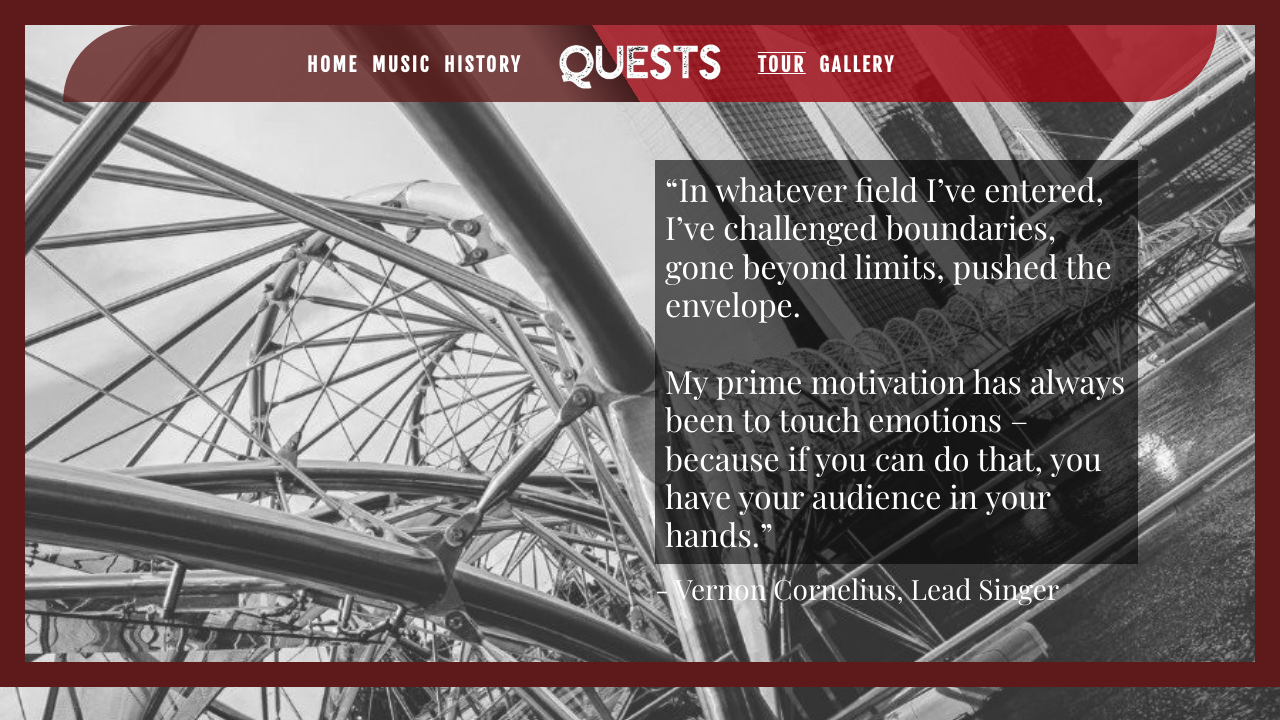
Repository: SamLookingGlass/User-Centric-Frontend-Development-Project
Page: tour.html
The author's editor kept a record of every edit. The page is drawn from the files as they stood at one moment, then again after the next edit.
The browser window is 1280 px wide. The pictures show the whole page.
Some web libraries are served in a nearby version.

Above is the page before.

### tour.html
<!doctype html>
<html lang="en">

<head>
    <!-- Required meta tags -->
    <meta charset="utf-8">
    <meta name="viewport" content="width=device-width, initial-scale=1, shrink-to-fit=no">

    <!-- Bootstrap CSS -->
    <link rel="stylesheet" href="https://maxcdn.bootstrapcdn.com/bootstrap/4.0.0/css/bootstrap.min.css" integrity="sha384-Gn5384xqQ1aoWXA+058RXPxPg6fy4IWvTNh0E263XmFcJlSAwiGgFAW/dAiS6JXm" crossorigin="anonymous">
    <link href="style.css" rel="stylesheet" type="text/css" />
    <link href="https://fonts.googleapis.com/css?family=Fjalla+One&display=swap" rel="stylesheet">
    <link href="https://fonts.googleapis.com/css?family=Amatic+SC&display=swap" rel="stylesheet">
    <link href="https://fonts.googleapis.com/css?family=Playfair+Display&display=swap" rel="stylesheet">
    <link rel="stylesheet" href="https://cdnjs.cloudflare.com/ajax/libs/font-awesome/4.7.0/css/font-awesome.min.css">
    <title>The Quests Official - Tour</title>
</head>

<body id="borderhome" class="tour-background">
    <!--<div class="container-fluid" style="height:2vw"></div>-->
    <nav class="fontnew" id="navbg">
        <div class="container-fluid">
            <div class="row d-lg-flex">
                <div class="col-5 navnew navleft d-flex justify-content-end">
                    <ul class="d-flex">
                        <li><a href="home.html">HOME</a></li>
                        <li><a href="music.html">MUSIC</a></li>
                        <li><a href="history.html">HISTORY</a></li>
                    </ul>
                </div>
                <div class="col-2 d-lg-flex justify-content-center">
                    <a class="" href="home.html">
                     <img id="navlogo" class="img-fluid" src="images/logo.png" alt="logo">
                </a>
                </div>
                <div class="col-5 navnew navright d-lg-flex justify-content-start">
                    <ul class="d-flex">
                        <li id="active"><a href="tour.html">TOUR</a></li>
                        <li><a href="gallery.html">GALLERY</a></li>
                    </ul>
                </div>
            </div>
        </div>
    </nav>
    <main>
        <div id="imagebg">
        </div>
    </main>
    <section>
        <div style="height:420pt" class="container-fluid">
            <div class="row">
                <div class="col-1"></div>
                <div class="col-5"></div>
                <div class="col-5 fonttypo">
                    <div>
                    <h2 class="cardbod cardbod-tour">
                        “In whatever field I’ve entered, I’ve challenged boundaries, gone beyond limits, pushed the envelope.
                        <br>
                        <br> My prime motivation has always been to touch emotions – because if you can do that, you have your audience in your hands.”
                        <br>
                    </h2>
                    <h3>
                         - Vernon Cornelius, Lead Singer
                    </h3>
                </div>
                <div class="col-1"></div>
            </div>
        </div>
    </section>
    <!-- Optional JavaScript -->
    <!-- jQuery first, then Popper.js, then Bootstrap JS -->
    <script src="https://code.jquery.com/jquery-3.2.1.slim.min.js" integrity="sha384-KJ3o2DKtIkvYIK3UENzmM7KCkRr/rE9/Qpg6aAZGJwFDMVNA/GpGFF93hXpG5KkN" crossorigin="anonymous"></script>
    <script src="https://cdnjs.cloudflare.com/ajax/libs/popper.js/1.12.9/umd/popper.min.js" integrity="sha384-ApNbgh9B+Y1QKtv3Rn7W3mgPxhU9K/ScQsAP7hUibX39j7fakFPskvXusvfa0b4Q" crossorigin="anonymous"></script>
    <script src="https://maxcdn.bootstrapcdn.com/bootstrap/4.0.0/js/bootstrap.min.js" integrity="sha384-JZR6Spejh4U02d8jOt6vLEHfe/JQGiRRSQQxSfFWpi1MquVdAyjUar5+76PVCmYl" crossorigin="anonymous"></script>
</body>

</html>

### style.css
/*Sanity Checks*/
.blue {
    background-color:blue;

}
.bod {
    border:solid 1px black;
}

.shadow-black {
    text-shadow: 2px 2px black;
}

.shadow-grey {
    text-shadow: 2px 1px grey;
}

/*Home Styling*/
.cardbod {
    margin-top:4.5vw;
    padding:0.5vw;
    /*align-items: center;*/
    display: flex;
    flex-direction: column;
}

/*Arrow Test https://codepen.io/raf187/pen/BvgGRQ*/
.red {
    margin-top:17vw;
}
body{
  margin-top: 0;
  padding: 0;
}
.arrow{
    position: absolute;
    top: 50%;
    left: 50%;
    transform: translate(-50%,-50%);
}
.arrow span{
    display: block;
    width: 30px;
    height: 30px;
    border-bottom: 5px solid rgb(158,2,13,0.7);
    border-right: 5px solid rgb(158,2,13,0.7);
    transform: rotate(45deg);
    margin: -12px;
    animation: animate 2s infinite;
}
.arrow span:nth-child(2){
    animation-delay: -0.2s;
}
.arrow span:nth-child(3){
    animation-delay: -0.4s;
}

@keyframes animate {
    0%{
        opacity: 0;
        transform: rotate(45deg) translate(-20px,-20px);
    }
    50%{
        opacity: 1;
    }
    100%{
        opacity: 0;
        transform: rotate(45deg) translate(20px,20px);
    }
}

/**/
#borderhome {
    border: solid 2vw rgb(94,26,26);
    /*border: solid 2vw rgb(158,2,13);*/
}

/*Parralax Scrolling */
.parralax {
    background-color:teal;
    height:460pt;
    background-attachment: fixed;
    background-position: center;
    background-repeat: no-repeat;
    background-size: cover;
}

.notparralax {
    background-image:url("images/image11.jpg");
    height:400pt;
    background-attachment: fixed;
    background-position: center;
    background-repeat: no-repeat;
    background-size: cover;
}

.notparralax div {
    padding-top:1vw;
}


/*Optional Color background-color:rgba(207, 0, 15, 0.6)*/
#navbg {
    background:rgb(94,26,26);
    background:linear-gradient(58deg, rgba(94,26,26,0.78) 42%, rgba(52,10,10,0.9) 48%, rgba(158,2,13,0.78) 48%);
    margin: 0 3vw;
    border-radius:15vw 0 15vw 0;
    /*position:absolute; z-index:1;*/
}

#navbg1 {
    background:rgb(94,26,26);
    background:linear-gradient(58deg, rgba(94,26,26,0.78) 42%, rgba(52,10,10,0.9) 48%, rgba(158,2,13,0.78) 48%);
    margin: 0 2vw;
    /*border-radius:15vw 15vw 0 0;*/
}

.navbgz {
        position:absolute;
        z-index:1;
}
#active {
    text-decoration: underline overline;
}

.badgedesign {
    margin:10pt;
    padding:10pt;
    border: solid white 2pt;
    background-color:rgba(0, 0, 0, 0.6);
}

#navlogo {
   filter: invert(1);
   padding-top: 1.5vw;
}
.navnew li a {
    color: white;
}

.navnew li a:hover {
    text-decoration: underline overline;
}

.navnew li {
    text-decoration: none;
    list-style: none;
    padding-top: 1.5vw;
    margin: 5pt;
    font-size: 1.5vw;
    font-weight: bold;
}

.navright ul {
    position: relative;
    padding-left:0;
}

.navleft ul {
    position: relative;
    padding-right:0;
}

.fontnew {
    color:white;
    font-size: 1.3vw;
    font-family: 'Fjalla One', sans-serif;
    letter-spacing:0.2vw;

}

.fonttypo {
    font-family: 'Playfair Display', serif;
    color:white;
    font-size: 1vw;
    font-weight:bolder;
}

.fontfooter {
    color:white;
    font-size: 1vw;
    font-family: 'Fjalla One', sans-serif;
    letter-spacing:0.2vw;
    padding:0.18vw;
}

#sec1 h1, p{
    padding:5pt;
    margin:10pt;
}

#videobg {
    z-index: -1;
    position: fixed;
    right: 0;
    bottom: 0;
    min-width: 100%;
    min-height: 120%;
}

@media (min-aspect-ratio: 16/9) {
    #videobg {
        width: 100%;
        height: auto;
    }
}

@media (min-aspect-ratio: 16/9) {
    #videobg {
        width: auto;
        height: 100%;
    }
}

/*edit size*/
@media (max-width: 200px) {
    #videobg {
        display: none;
    }
    body {
        background: url("");
        background-size: cover;
    }
}

/*Newsletter Form*/
/*To reference DNCE*/
.formbackground {
    margin-top:5vw;
    background-color:rgba(0, 0, 0, 0.8);
    padding:2vw;
}
#formcta {
    text-align: center;
    line-height: 1;
    cursor: pointer;
    vertical-align: middle;
    padding: .85em 1em;
    color: #fefefe;
    font-weight: 700;
    border-radius: 1px;
    margin: 0 10px 0 auto;
    border: none;
    transition: background .2s ease-in-out;
    font-size: 1rem;
    outline: 0;
    letter-spacing: .1em;
    text-transform: uppercase;
}

/*To reference DNCE*/
.blockheader {
    display: inline-block;
    font-family: "Amatic SC",cursive;
    font-size: calc(1.11111vw + 20.44px);
    font-weight: 700;
    border: 3px solid #f00833;
    color: white;
    padding: 0 1.125rem;
    margin: 0;
    border-radius: 1px;
    clear: both;
    letter-spacing: .05em;
    text-align: left;
    width: auto;
    text-transform: uppercase;
    position: relative;
    left: -1%;
    transform: skew(3deg);
}
.blockheader::after {
    content: '';
    width: 0;
    height: 0;
    top: auto;
    border-style: solid;
    border-width: 12px 0 0 8px;
    border-color: #f00833 transparent transparent;
    position: absolute;
    bottom: -13px;
    left: 6%;
    z-index: 0;
    transform: rotate(-7deg);
}

#red-font {
    color: #f00833;
}

/*Gallery Styling*/


.fonttypo-gallery {
    font-family: 'Playfair Display', serif;
    color:rgb(158,2,13);
    font-size: 1vw;
    font-weight:bolder;
}

#imagebg {
    z-index: -1;
    position: fixed;
    right: 0;
    bottom: 0;
    min-width: 100%;
    min-height: 100%;
    background-size: cover;
    /*background-image: url("images/home1.jpg");*/
}

/*Reference for Gallery Images https://codepen.io/ozzy21/pen/JqgrvP*/

#gallerybod {
  margin: 0;
  padding: 0;
}
.container {
  width: 100%;
  display: grid;
  grid-auto-flow: dense;
  grid-template:
    "1fr 1fr 1fr 1fr 1fr" 33.33vh
    "1fr 1fr 1fr 1fr 1fr" 33.33vh
    "1fr 1fr 1fr 1fr 1fr" 33.33vh;
}

.container .box {
  position: relative;
  background: #ccc;
}
.container .box.a {
  grid-row: span 2;
}
.container .box.b,
.container .box.f,
.container .box.h,
.container .box.j {
  grid-column: span 2;
}
.container .box img {
  position: absolute;
  top: 0;
  left: 0;
  width: 100%;
  height: 100%;
  object-fit: cover;
}
@media (max-width: 991px) {
  .container {
    grid-template:
      "1fr 1fr 1fr" 250px
      "1fr 1fr 1fr" 250px
      "1fr 1fr 1fr" 250px
      "1fr 1fr 1fr" 250px
      "1fr 1fr 1fr" 250px;
  }
}
@media (max-width: 768px) {
  .container {
    grid-template:
      "1fr 1fr" 200px
      "1fr 1fr" 200px
      "1fr 1fr" 200px
      "1fr 1fr" 200px
      "1fr 1fr" 200px
      "1fr 1fr" 200px
      "1fr 1fr" 200px;
  }
}
.container .box.h {
  grid-column: span 1;
}

/*Music Styling*/
.cardbod-music {
    padding-top:2vw;
}

.cardbod-music div{
    margin:0.2vw;
}


/*Tour Styling*/
.tour-background {
    background-image: url("images/background1.jpg");
    background-position: center;
    background-repeat: no-repeat;
    background-size: cover;
    z-index:-1;
}

.cardbod-tour {
    background-color: rgba(0,0,0,0.6);
    padding:10px;
}

.blockheader2 {
    display: inline-block;
    font-weight: 700;
    font-family: inherit;
    border: 3px solid #f00833;
    color: white;
    padding: 0 1.125rem;
    margin: 0;
    border-radius: 1px;
    clear: both;
    letter-spacing: .05em;
    text-align: left;
    width: auto;
    position: relative;
    left: -1%;
    transform: skew(3deg);
    background-color:rgba(0,0,0,0.6);
}
.blockheader2::after {
    content: '';
    width: 0;
    height: 0;
    top: auto;
    border-style: solid;
    border-width: 12px 0 0 8px;
    border-color: #f00833 transparent transparent;
    position: absolute;
    bottom: 43px;
    left: -2.1%;
    z-index: 0;
    transform: rotate(97deg);
}

After the next edit:
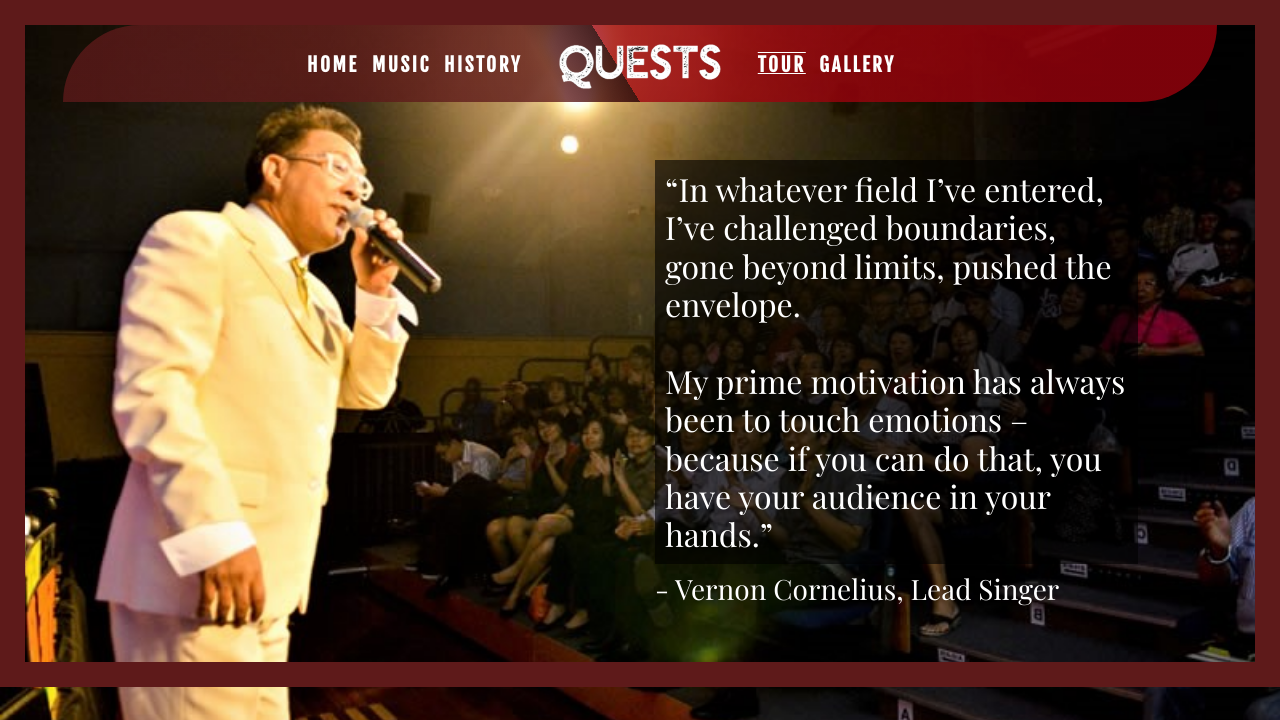
The edit:
--- a/style.css
+++ b/style.css
@@ -383,7 +383,7 @@
 
 /*Tour Styling*/
 .tour-background {
-    background-image: url("images/background1.jpg");
+    background-image: url("images/image12.jpg");
     background-position: center;
     background-repeat: no-repeat;
     background-size: cover;
